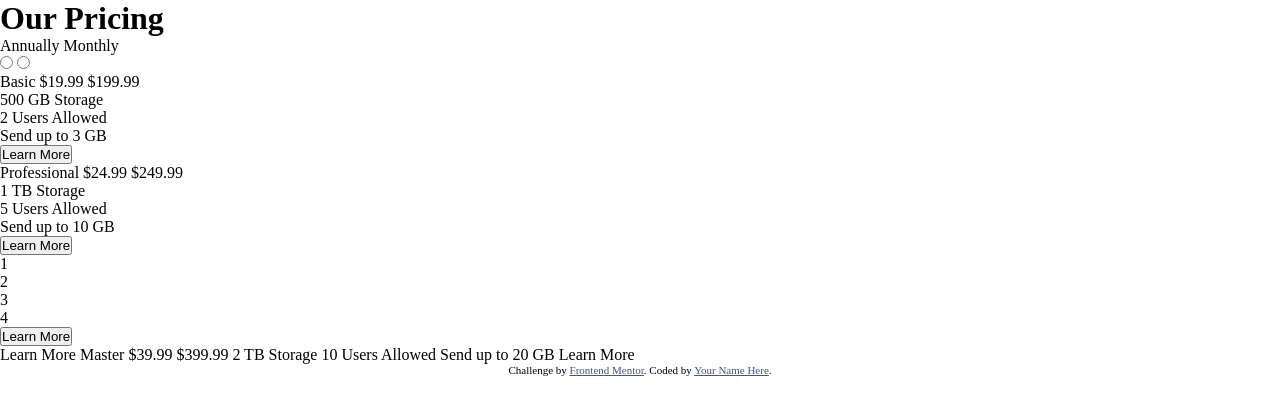
Repository: JuzzJoel/pricing-component-with-toggle-master
Page: index.html
These files come from the project's save history. The page is drawn as it stood at one moment and after the next save; the edit follows.
The browser window is 1280 px wide. The pictures show the whole page.

Above is the page before, as saved 2025-05-24 07:51:06.

### index.html
<!DOCTYPE html>
<html lang="en">
<head>
  <meta charset="UTF-8">
  <meta name="viewport" content="width=device-width, initial-scale=1.0"> <!-- displays site properly based on user's device -->

  <link rel="icon" type="image/png" sizes="32x32" href="./images/favicon-32x32.png">

  <title>Frontend Mentor | [pricing-component-with-toggle-master]</title>
  <style>
    :root{

--linear-gradient: hsl(236, 72%, 79%) to hsl(237, 63%, 64%);

--clr-pri: hsl(240, 78%, 98%);
--clr-pri-acc: hsl(234, 14%, 74%);
--clr-sec: hsl(233, 13%, 49%);
--clr-sec-acc: hsl(232, 13%, 33%);
    }
*,
*::before,
*::after {
    box-sizing: border-box;
}

* {
    margin: 0;
    padding: 0;
    box-sizing: border-box;
}

    .attribution { font-size: 11px; text-align: center; }
    .attribution a { color: hsl(228, 45%, 44%); }


  </style>
</head>
<body>



  <div class="container">
    <div class="pricing-header">
      <h1>Our Pricing</h1>
      <div class="toggle-box">
        Annually
        Monthly
        <div class="toggle-container">

          <input type="radio" class="pricing" id="price-annnual">
          <label for=""></label>

          <input type="radio" class="pricing" id="price-month">
          <label for=""></label>

          <div class="toggle-slider"></div>
        </div>
      </div>
      <div class="body">
        <div class="content">
          <div class="card">
            <div class="rows-head">Basic
            &dollar;19.99
            &dollar;199.99
          </div>
            <div class="rows">500 GB Storage</div>
            <div class="rows">2 Users Allowed</div>
            <div class="rows">Send up to 3 GB</div>
            <div class="rows"><button>Learn More</button></div>
          </div>
          <div class="card">
            <div class="rows-head">Professional
            &dollar;24.99
            &dollar;249.99
          </div>
            <div class="rows">1 TB Storage</div>
            <div class="rows">5 Users Allowed</div>
            <div class="rows">Send up to 10 GB</div>
            <div class="rows"><button>Learn More</button></div>
          </div>
          <div class="card">
            <div class="rowshead">1</div>
            <div class="rows">2</div>
            <div class="rows">3</div>
            <div class="rows">4</div>
            <div class="rows"><button>Learn More</button></div>
          </div>
        </div>
      </div>
    </div>
  </div>














  Learn More

  Master
  &dollar;39.99
  &dollar;399.99
  2 TB Storage
  10 Users Allowed
  Send up to 20 GB
  Learn More

  <div class="attribution">
    Challenge by <a href="https://www.frontendmentor.io?ref=challenge" target="_blank">Frontend Mentor</a>.
    Coded by <a href="#">Your Name Here</a>.
  </div>
</body>
</html>

After the next save:
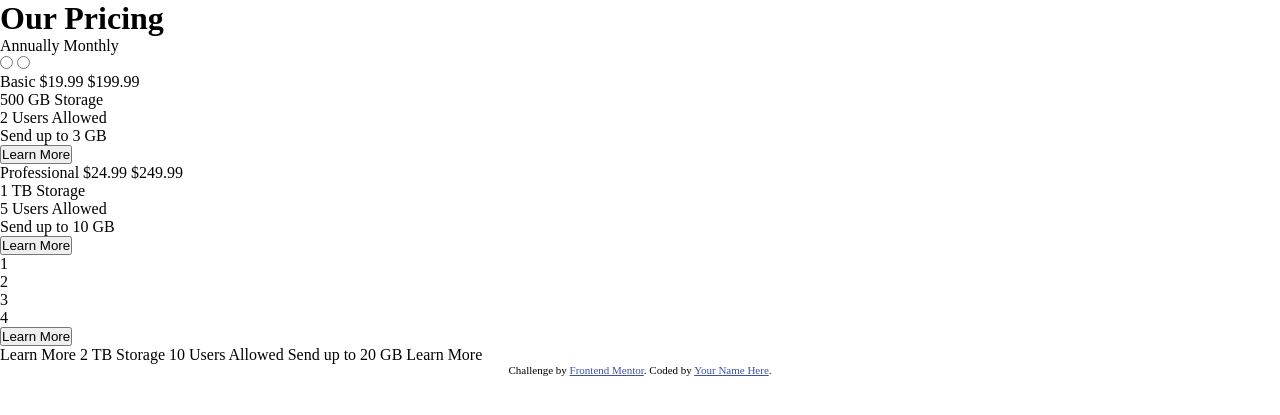
Saved 6 s later.
--- a/index.html
+++ b/index.html
@@ -105,9 +105,7 @@
 
   Learn More
 
-  Master
-  &dollar;39.99
-  &dollar;399.99
+
   2 TB Storage
   10 Users Allowed
   Send up to 20 GB
